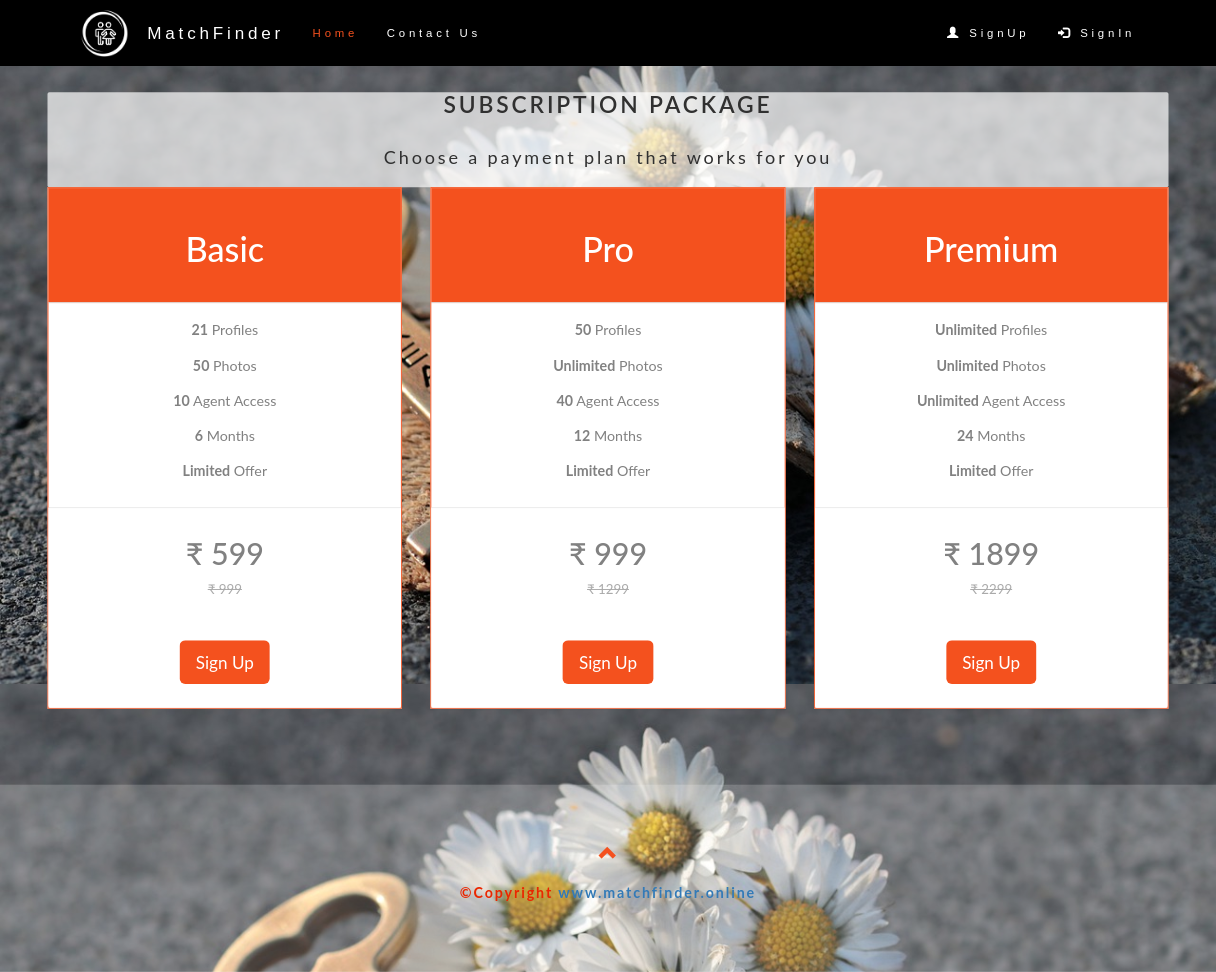
Repository: vibhu95/MatchFinder
Page: http://localhost/MatchFinder/package.jsp
These files come from the project's save history. The page is drawn as it stood at one moment and after the next save; the edit follows.
The browser window is 1280 px wide. The pictures show the whole page, at 95% of full size.
Backgrounds fixed to the window are drawn as part of the page. Some web libraries are served in a nearby version. The page is served by Tomcat 9. Other server files are loaded and not shown.

Above is the page before, as saved 2018-01-31 19:57:57.

### workspace/MatchFinder/WebContent/package.jsp
<%@ page language="java" contentType="text/html; charset=ISO-8859-1"
    pageEncoding="ISO-8859-1"%>
    <%@page import="javax.servlet.http.*" %>
<%@page import="com.classes.*" %>
<%@page import="com.controller.*" %>
<%@include file="header.jsp" %>

<!-- Container (Pricing Section) -->
<div id="pricing" class="container-fluid">
  <div style="background-color: rgba(255,255,255,0.7); border-radius:2px; height:100px; letter-spacing:3px" class="text-center">
    <h2 style="margin-top:10px">Subscription Package</h2>
    <h4>Choose a payment plan that works for you</h4>
  </div>
  <div class="row slideanim">
    <div class="col-sm-4 col-xs-12">
      <div class="panel panel-default text-center">
        <div class="panel-heading">
          <h1>Basic</h1>
        </div>
        <div class="panel-body">
          <p><strong>21</strong> Profiles</p>
          <p><strong>50</strong> Photos</p>
          <p><strong>10</strong> Agent Access</p>
          <p><strong>6</strong> Months</p>
          <p><strong>Limited</strong> Offer</p>
        </div>
        <div class="panel-footer">
          <h3>&#8377 599</h3>
          <h4><del>&#8377 999</del></h4>
          <button class="btn btn-lg">Sign Up</button>
        </div>
      </div>
    </div>
    <div class="col-sm-4 col-xs-12">
      <div class="panel panel-default text-center">
        <div class="panel-heading">
          <h1>Pro</h1>
        </div>
        <div class="panel-body">
          <p><strong>50</strong> Profiles</p>
          <p><strong>Unlimited</strong> Photos</p>
          <p><strong>40</strong> Agent Access</p>
          <p><strong>12</strong> Months</p>
          <p><strong>Limited</strong> Offer</p>
        </div>
        <div class="panel-footer">
          <h3>&#8377 999</h3>
          <h4><del>&#8377 1299</del></h4>
          <button class="btn btn-lg">Sign Up</button>
        </div>
      </div>
    </div>
    <div class="col-sm-4 col-xs-12">
      <div class="panel panel-default text-center">
        <div class="panel-heading">
          <h1>Premium</h1>
        </div>
        <div class="panel-body">
          <p><strong>Unlimited</strong> Profiles</p>
          <p><strong>Unlimited</strong> Photos</p>
          <p><strong>Unlimited</strong> Agent Access</p>
          <p><strong>24</strong> Months</p>
          <p><strong>Limited</strong> Offer</p>
        </div>
        <div class="panel-footer">
          <h3>&#8377 1899</h3>
          <h4><del>&#8377 2299</del></h4>
          <button class="btn btn-lg">Sign Up</button>
        </div>
      </div>
    </div>
  </div>
</div>

<%@include file="footer.jsp" %>

### workspace/MatchFinder/WebContent/header.jsp
<%@ page language="java" contentType="text/html; charset=ISO-8859-1"
    pageEncoding="ISO-8859-1"%>
<!DOCTYPE html PUBLIC "-//W3C//DTD HTML 4.01 Transitional//EN" "http://www.w3.org/TR/html4/loose.dtd">
<%@page import="com.classes.*" %>
<%@ page session = "false" %>
<% HttpSession session = request.getSession(false); %>

<!-- header -->
<html lang="en">
<head>
  <title>Match@Finder</title>
  <meta charset="utf-8">
  <meta name="viewport" content="width=device-width, initial-scale=1">
  <link rel="stylesheet" href="https://maxcdn.bootstrapcdn.com/bootstrap/3.3.7/css/bootstrap.min.css">
  <link rel="stylesheet" href="css/style.css">
  <script src="https://ajax.googleapis.com/ajax/libs/jquery/3.2.1/jquery.min.js"></script>
  <script src="https://maxcdn.bootstrapcdn.com/bootstrap/3.3.7/js/bootstrap.min.js"></script>

<style>
#about{
	color: rgb(0,0,0);
	font-size:22;
	font-weight:bold;
}
#copy{
	color:rgb(234,39,0);
	font-size: 32;
	font-weight: bold;
	letter-spacing: 2px;
}
body{
 background: url('pic/11__11.jpg') no-repeat fixed;
  background-size: 100% 100%;
}
footer, #about{
background-color: rgba(255,255,255,0.2);
}
  .container {
      padding: 10px 30px;
  }
  .carousel-inner img {
    //  -webkit-filter: grayscale(90%);
   //  filter: grayscale(90%); /* make all photos black and white */
      width: 100%; /* Set width to 100% */
     margin:auto;
  }
  .carousel-caption h3 {
      color: #fff !important;
  }
    @media (max-width: 600px) {
    .carousel-caption {
      display: none; /* Hide the carousel text when the screen is less than 600 pixels wide */
    }
  }
  #signal{
  	float: right;
  	margin-top: 100px;
  }
  #upload_dp {
    display: none;
    width: 0;
    height: 0;
}
   #dp1:hover {
    opacity: 0.5;
    filter: alpha(opacity=50); /* For IE8 and earlier */
    cursor: pointer;
}

  </style>
  <script>
$(document).ready(function(){
    $("#dp1").click(function(){
        $('#upload_dp').click();
    })
});
</script>

</head>
<body id="myPage" data-spy="scroll" data-target=".navbar" data-offset="60">
<nav class="navbar navbar-inner navbar-fixed-top">
  <div class="container">
    <div class="navbar-header">
    <a href="index.jsp"><img src="pic/logos.png" alt="logo" style="float: left; margin-right: 20px " height="50px" width="50px"></a>
      <a class="navbar-brand" href="index.jsp">MatchFinder</a>
    </div>
    <ul class="nav navbar-nav">
       <li class="active"><a href="index.jsp">Home</a></li>
  <!--    <li class="dropdown"><a class="dropdown-toggle" data-toggle="dropdown" href="#">Page 1 <span class="caret"></span></a>
        <ul class="dropdown-menu">
          <li><a href="#">Page 1-1</a></li>
          <li><a href="#">Page 1-2</a></li>
          <li><a href="#">Page 1-3</a></li>
        </ul>
      </li>   -->
     <%
      if(session!=null)
      { %>
      <li><a href="agent.jsp">Agents</a></li>
      <% } %>
      <li><a href="contact.jsp">Contact Us</a></li>
      </ul>
    <ul class="nav navbar-nav navbar-right">
<script>
function upload(){
	 document.getElementById('upload').submit();
	  }

</script>
      <%
      if(session!=null)
      {
    	  if(session.getAttribute("user")!=null)
    	  {
    	    UserBean user = (UserBean)session.getAttribute("user");
    	    if(user!=null)
    	    {   %>
        <form action="UploadImage" method="post" id="upload" enctype="multipart/form-data">
        <input id="upload_dp" type="file" name="dp" size="chars" onchange="document.getElementById('upload').submit();">
           </form>
      <li style="font-size:20px; margin-top:10px;">
      <%      if(user.getDp()!=null)
               { int id = user.getId(); %>
      <img id="dp1" src="getImage.jsp?id=<%=id %>" class="img-circle" alt="getDp" style="margin-top:5px; margin-right:10px;" width="40px" hieght="40px"></img></li><li><a style="text-decoration:none;" href="profile.jsp?id=<%=user.getId() %>"><%=user.getName() %></a></li>
      <%         }
              else{ %>
    	<img id="dp1" src="pic/businessman_17.png" class="img-circle" alt="DefaultDp" style="margin-top:5px; margin-right:10px;" width="40px" hieght="40px"></img><a style="text-decoration:none;" href="profile.jsp?id=<%=user.getId() %>"><%=user.getName() %></a></li>
      <%         }
             }
      %>
      <li><a href="SignOut"><span class="glyphicon glyphicon-log-in"></span> SignOut</a></li>
      <%  }
      else {%>
    		<li><a href="login/login.jsp"><span class="glyphicon glyphicon-user"></span> SignUp</a></li>
    	      <li><a href="login/login.jsp"><span class="glyphicon glyphicon-log-in"></span> SignIn</a></li>
  <%  } }
    else { %>
    	<li><a href="login/login.jsp"><span class="glyphicon glyphicon-user"></span> SignUp</a></li>
      <li><a href="login/login.jsp"><span class="glyphicon glyphicon-log-in"></span> SignIn</a></li>
      <% } %>
       </ul>
  </div>
</nav>

<!-- Header Closed -->>

### workspace/MatchFinder/WebContent/footer.jsp
<%@ page language="java" contentType="text/html; charset=ISO-8859-1"
    pageEncoding="ISO-8859-1"%>
<!DOCTYPE html PUBLIC "-//W3C//DTD HTML 4.01 Transitional//EN" "http://www.w3.org/TR/html4/loose.dtd">

<!-- Footer Start -->

<footer class="container-fluid text-center">
  <a href="#myPage" title="To Top">
    <span class="glyphicon glyphicon-chevron-up"></span>
  </a>
  <p id="copy">&copyCopyright  <a href="https://www.matchfinder.online" title="Visit MatchFinder">www.matchfinder.online</a></p>
</footer>

<script>
$(document).ready(function(){
  // Add smooth scrolling to all links in navbar + footer link
  $(".navbar a, footer a[href='#myPage']").on('click', function(event) {
    // Make sure this.hash has a value before overriding default behavior
    if (this.hash !== "") {
      // Prevent default anchor click behavior
      event.preventDefault();

      // Store hash
      var hash = this.hash;

      // Using jQuery's animate() method to add smooth page scroll
      // The optional number (900) specifies the number of milliseconds it takes to scroll to the specified area
      $('html, body').animate({
        scrollTop: $(hash).offset().top
      }, 900, function(){

        // Add hash (#) to URL when done scrolling (default click behavior)
        window.location.hash = hash;
      });
    } // End if
  });

  $(window).scroll(function() {
    $(".slideanim").each(function(){
      var pos = $(this).offset().top;

      var winTop = $(window).scrollTop();
        if (pos < winTop + 600) {
          $(this).addClass("slide");
        }
    });
  });
})
</script>

</body>
</html>
<!-- Footer End -->

### workspace/MatchFinder/WebContent/css/style.css
body {
      font: 400 15px Lato, sans-serif;
      line-height: 1.8;
      color: #818181;
  }
  h2 {
      font-size: 24px;
      text-transform: uppercase;
      color: #303030;
      font-weight: 600;
      margin-bottom: 30px;
  }
  h4 {
      font-size: 19px;
      line-height: 1.375em;
      color: #303030;
      font-weight: 400;
      margin-bottom: 30px;
  }
  .jumbotron {
      background-color: #f4511e;
      color: #fff;
      padding: 100px 25px;
      font-family: Montserrat, sans-serif;
  }
  .container-fluid {
      padding: 60px 50px;
  }
  .bg-grey {
      background-color: #f6f6f6;
  }
  .logo-small {
      color: #f4511e;
      font-size: 50px;
  }
  .logo {
      color: #f4511e;
      font-size: 200px;
  }
  .thumbnail {
      padding: 0 0 15px 0;
      border: none;
      border-radius: 0;
  }
  .thumbnail img {
      width: 100%;
      height: 100%;
      margin-bottom: 10px;
  }
  .carousel-control.right, .carousel-control.left {
      background-image: none;
      color: #f4511e;
  }
  .carousel-indicators li {
      border-color: #f4511e;
  }
  .carousel-indicators li.active {
      background-color: #f4511e;
  }
  .item h4 {
      font-size: 19px;
      line-height: 1.375em;
      font-weight: 400;
      font-style: italic;
      margin: 70px 0;
  }
  .item span {
      font-style: normal;
  }
  .panel {
      border: 1px solid #f4511e;
      border-radius:0 !important;
      transition: box-shadow 0.5s;
  }
  .panel:hover {
      box-shadow: 5px 0px 40px rgba(0,0,0, .2);
  }
  .panel-footer .btn:hover {
      border: 1px solid #f4511e;
      background-color: #fff !important;
      color: #f4511e;
  }
  .panel-heading {
      color: #fff !important;
      background-color: #f4511e !important;
      padding: 25px;
      border-bottom: 1px solid transparent;
      border-top-left-radius: 0px;
      border-top-right-radius: 0px;
      border-bottom-left-radius: 0px;
      border-bottom-right-radius: 0px;
  }
  .panel-footer {
      background-color: white !important;
  }
  .panel-footer h3 {
      font-size: 32px;
  }
  .panel-footer h4 {
      color: #aaa;
      font-size: 14px;
  }
  .panel-footer .btn {
      margin: 15px 0;
      background-color: #f4511e;
      color: #fff;
  }
  .navbar {
      margin-bottom: 0;
    //  height: 19%;
    //  background-color: #f4511e;
      background-color: #000;
      z-index: 9999;
      border: 0;
      font-size: 12px !important;
      line-height: 1.42857143 !important;
      letter-spacing: 4px;
      border-radius: 0;
      font-family: Montserrat, sans-serif;
  }
  .navbar li a, .navbar .navbar-brand {
      color: #fff !important;
  }
  .navbar-nav li a:hover, .navbar-nav li.active a {
      color: #f4511e !important;
     // background-color: #fff !important;
  }
  .dropdown-menu {

      background-color: #000 !important;
  }
  .navbar-default .navbar-toggle {
      border-color: transparent;
      color: #fff !important;
  }
  footer .glyphicon {
      font-size: 20px;
      margin-bottom: 20px;
      color: #f4511e;
  }
  .slideanim {visibility:hidden;}
  .slide {
      animation-name: slide;
      -webkit-animation-name: slide;
      animation-duration: 1s;
      -webkit-animation-duration: 1s;
      visibility: visible;
  }
  @keyframes slide {
    0% {
      opacity: 0;
      transform: translateY(70%);
    }
    100% {
      opacity: 1;
      transform: translateY(0%);
    }
  }
  @-webkit-keyframes slide {
    0% {
      opacity: 0;
      -webkit-transform: translateY(70%);
    }
    100% {
      opacity: 1;
      -webkit-transform: translateY(0%);
    }
  }
  @media screen and (max-width: 768px) {
    .col-sm-4 {
      text-align: center;
      margin: 25px 0;
    }
    .btn-lg {
        width: 100%;
        margin-bottom: 35px;
    }
  }
  @media screen and (max-width: 480px) {
    .logo {
        font-size: 150px;
    }
  }

After the next save:
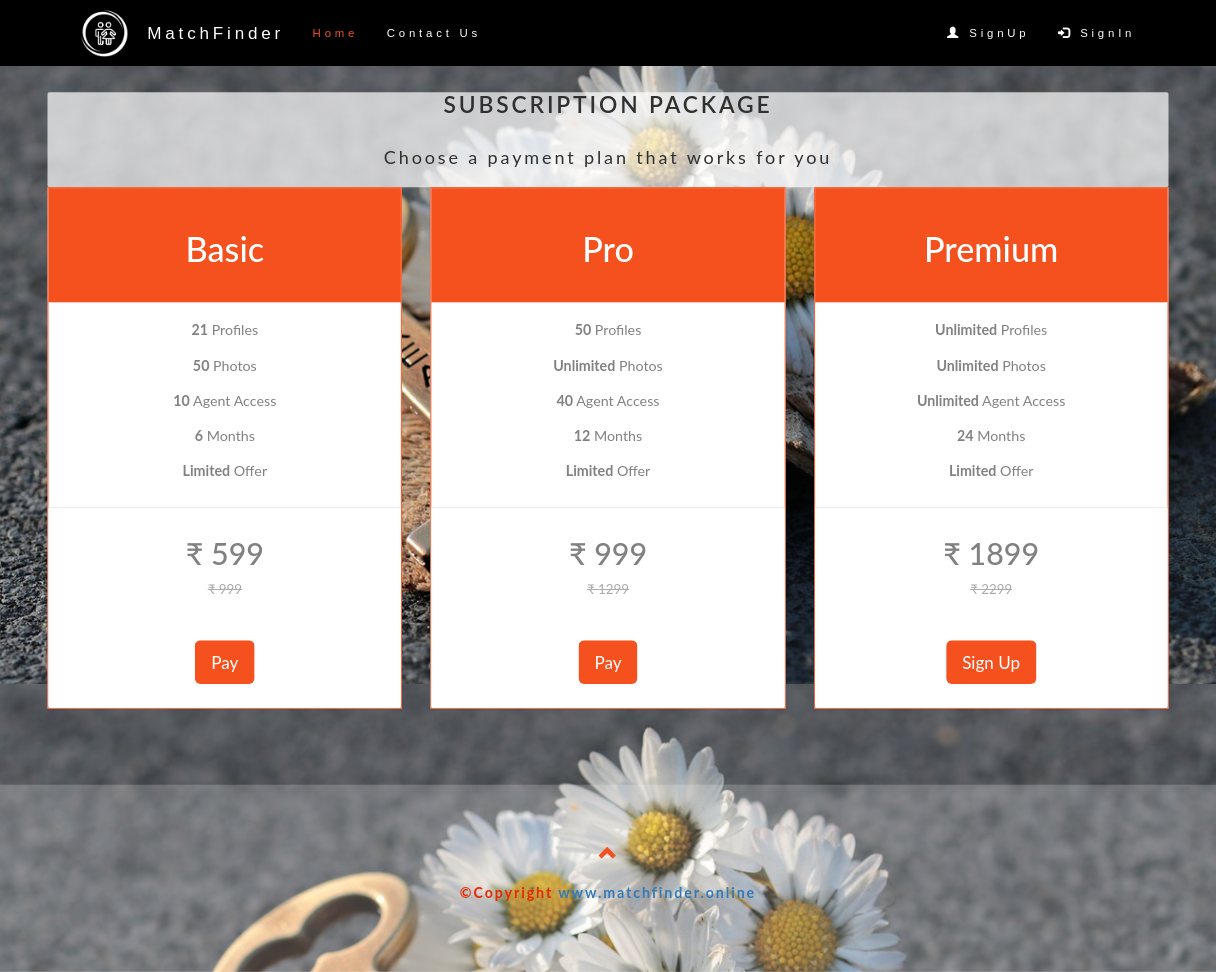
Saved 25 s later.
--- a/workspace/MatchFinder/WebContent/package.jsp
+++ b/workspace/MatchFinder/WebContent/package.jsp
@@ -27,7 +27,7 @@
         <div class="panel-footer">
           <h3>&#8377 599</h3>
           <h4><del>&#8377 999</del></h4>
-          <button class="btn btn-lg">Sign Up</button>
+          <button class="btn btn-lg">Pay</button>
         </div>
       </div>
     </div>
@@ -46,7 +46,7 @@
         <div class="panel-footer">
           <h3>&#8377 999</h3>
           <h4><del>&#8377 1299</del></h4>
-          <button class="btn btn-lg">Sign Up</button>
+          <button class="btn btn-lg">Pay</button>
         </div>
       </div>
     </div>
